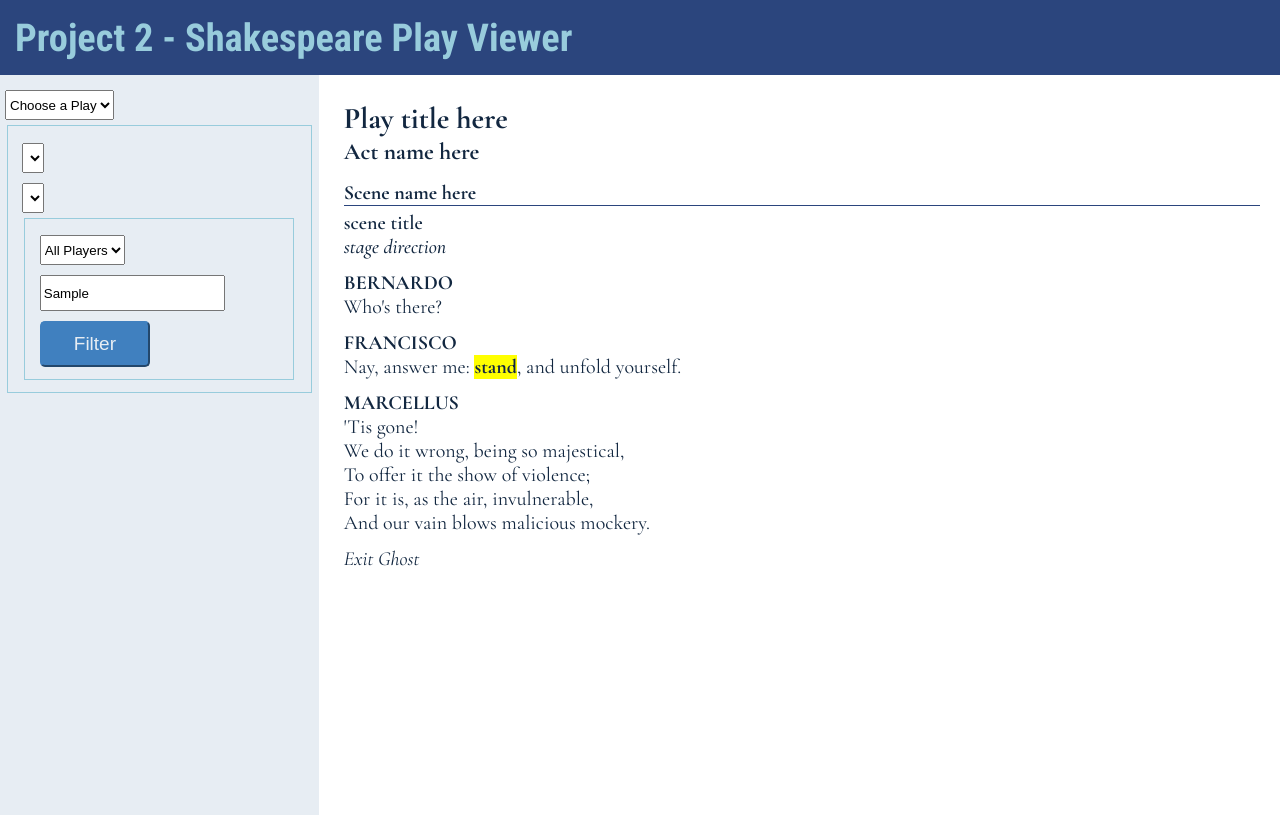
Repository: nsriv531/web3lab
Page: starting_files/ch10-proj02.html
These files come from the project's save history. The page is drawn as it stood at one moment and after the next save; the edit follows.
The browser window is 1280 px wide. The pictures show the whole page.
Empty fields were first filled with sample values (such as "Sample", 5 or name@example.com).
After loading, the first visible `#btnHighlight` was clicked once.

Above is the page before, as saved 2024-01-31 23:08:56.

### starting_files/ch10-proj02.html
<!DOCTYPE html>
<html>
<head>
   <meta charset="utf-8"/>
    <title>Chapter 10</title>

    <link href="https://fonts.googleapis.com/css2?family=Cormorant+Garamond:ital,wght@0,400;0,600;0,700;1,400;1,500&family=Roboto+Condensed:wght@400;700&display=swap" rel="stylesheet">
    <link rel="stylesheet" href="ch10-proj02.css">

    <script src="play-module.js" type="module"></script>
    <script src="ch10-proj02.js" type="module"></script>
</head>
<body>

<header>
   <h1>Project 2 - Shakespeare Play Viewer</h1>
</header>
<main>

   <aside>
      <select id="playList">
         <option value=0>Choose a Play</option>
         <option value="hamlet">Hamlet</option>
         <option value="jcaesar">Julius Caesar</option>
      </select>
      <fieldset id="interface">
         <select id="actList"></select>
         <select id="sceneList"></select>
         <fieldset>
            <select id="playerList">
               <option value=0>All Players</option>
            </select>

            <input type="text" id="txtHighlight" placeholder="Enter a search term" />
            <button id="btnHighlight" >Filter</button>
         </fieldset>
      </fieldset>


   </aside>

   <section id="playHere">
        <!-- Note you will need to remove or comment out some of this markup;
            it is there to show you the markup that your javascript will need to generate.
        -->
      <h2>Play title here</h2>
      <article id="actHere">
         <h3>Act name here</h3>
         <div id="sceneHere">
			<h4>Scene name here</h4>
			<p class="title">scene title</p>
			<p class="direction">stage direction</p>
			<div class="speech"><span>BERNARDO</span><p>Who's there?</p></div>
			<div class="speech"><span>FRANCISCO</span><p>Nay, answer me: <b>stand</b>, and unfold yourself.</p></div>
			<div class="speech"><span>MARCELLUS</span><p>'Tis gone!</p><p>We do it wrong, being so majestical,</p><p>To offer it the show of violence;</p><p>For it is, as the air, invulnerable,</p><p>And our vain blows malicious mockery.</p><em>Exit Ghost</em></div>
		 </div>
      </article>
   </section>

</main>

</body>
</html>

### starting_files/ch10-proj02.css
:root {
   --main-bg-color: white;
   --header-bg-color: hsl(221,49%, 33%);
   --header-text-color: hsl(194, 49%, 73%);
   --text-color: hsl(212,56%,16%);
   --box-bg-color: hsl(210,38%,97%);
   --aside-bg-color: hsl(210,32%,93%);
   --aside-heading-color: hsl(210,50%, 50%);
 }

body {
   background-color: var(--main-bg-color);
   color: var(--text-color);
   margin: 0;
   padding: 0;
   box-sizing: border-box;
   font-family: 'Roboto Condensed', sans-serif;
   font-weight: 400;
   font-size: 1.2rem;
}
header {
   background-color: var(--header-bg-color);
   color: var(--header-text-color);
   margin: 0;
   padding: 15px;
}
h1, h2, h3, h4 {
   margin: 0;
   padding: 0;
}
h2 { margin-top: 5px;}
h4 {
   border-bottom: 1px solid var(--header-bg-color);
   margin: 15px 0 5px 0;
}

select, input {
   height: 30px;
   display:  block;
   margin-top:10px;
}

main {
   display: grid;
   grid-template-columns: 3fr 9fr;
   grid-gap: 5px;
}

aside {
   background-color: var(--aside-bg-color);
   color: var(--aside-heading-color);
   padding: 5px;

}

section {
   padding: 20px;
   font-family: 'Cormorant Garamond', serif;
   font-size: 1.25rem;
   overflow: auto;
   height: 700px
}
p.title {
   font-weight: 600;
   margin: 0;
}
p.direction {
   margin: 0;
   font-style: italic;
   font-weight: 500;
}
.speech span {
   display: block;
   margin-top: 12px;
   font-weight: 700;
}
.speech p {
   margin: 0;
}
.speech p b {
   background-color: yellow;
}
.speech em {
   font-style: italic;
   display: block;
   margin-top: 12px;
}

button {
   margin-top:10px;
   background-color: var(--aside-heading-color);
   border-radius: 5px;
   border-color: var(--aside-heading-color);
   padding:       10px 32px;
   color:         var(--aside-bg-color);
   display:       block;
   font-size:     19px;
   text-align:    center;
}

fieldset {
   margin-top: 5px;
   border: 1px solid var(--header-text-color);
}

### starting_files/play-module.js
/* In this module, create three classes: Play, Act, and Scene. */

### starting_files/ch10-proj02.js
document.addEventListener("DOMContentLoaded", function() {
    const url = 'https://www.randyconnolly.com//funwebdev/3rd/api/shakespeare/play.php';
   /*
     To get a specific play, add play name via query string,
	   e.g., url = url + '?name=hamlet';

	 https://www.randyconnolly.com/funwebdev/3rd/api/shakespeare/play.php?name=hamlet
	 https://www.randyconnolly.com/funwebdev/3rd/api/shakespeare/play.php?name=jcaesar

   */


    /* note: you may get a CORS error if you test this locally (i.e., directly from a
       local file). To work correctly, this needs to be tested on a local web server.
       Some possibilities: if using Visual Code, use Live Server extension; if Brackets,
       use built-in Live Preview.
    */

         // Get reference to the playList, actList, and sceneList select elements
         const playListSelect = document.getElementById('playList');
         const actListSelect = document.getElementById('actList');
         const sceneListSelect = document.getElementById('sceneList');
         const actNameHeading = document.querySelector('#actHere h3');
         const sceneNameHeading = document.querySelector('#sceneHere h4');
         const titleHeading = document.querySelector('.title');
         const directionHeading = document.querySelector('.direction');
         let data;

         const btnHighlight = document.getElementById('btnHighlight');
         const txtHighlight = document.getElementById('txtHighlight');

         btnHighlight.addEventListener('click', function() {
            const filterText = txtHighlight.value.toLowerCase().trim();
            console.log('Filter text:', filterText);

            const boldText = document.querySelectorAll('.speech p b');
            console.log('Bold Text:', boldText);

            boldText.forEach(bold => {
                const text = bold.textContent.toLowerCase();
                console.log('Text to compare:', text);
                if (text.includes(filterText)) {
                    console.log('Including:', text);
                    bold.classList.add('highlight');
                } else {
                    console.log('Excluding:', text);
                    bold.classList.remove('highlight');
                }
            });
        });
// Function to check if a match is a whole word



         // Add change event handler to playList select
         playListSelect.addEventListener('change', function() {
            // Get the selected play value from the option
            const selectedPlay = playListSelect.value;

            // Check if a play is selected (value is not 0)
            if (selectedPlay !== '0') {
                // Fetch play data using the selected play as a query string
                fetch(`${url}?name=${selectedPlay}`)
                    .then(response => response.json())
                    .then(playData => {
                        // Assign the fetched data to the global variable
                        data = playData;
                         const scene = data.acts[0].scenes[0];
                        // Populate actList and playerList from the fetched data
                        populateSelect('actList', data.acts.map(act => act.name));
                        populatePlayerList(playData.persona);
                        populateTitle(data.title);
                        populateSceneTitle(scene.title);
                        populateSceneDirection(scene.stageDirection);
                    })
                    .catch(error => console.error('Error fetching play data:', error));
            }
        });

        function populateSceneTitle(sceneTitle) {
            titleHeading.textContent = sceneTitle;
        }

        function populateSceneDirection(sceneDirection) {
            directionHeading.textContent = sceneDirection;
        }

        // Add change event handler to actList select
        actListSelect.addEventListener('change', function() {
            const selectedAct = actListSelect.value;

            if (selectedAct !== '0') {
                // Filter scenes based on the selected act
                const scenesInAct = data.acts.find(act => act.name === selectedAct).scenes;
                // Populate sceneList with filtered scenes
                populateSelect('sceneList', scenesInAct.map(scene => scene.name));

                actNameHeading.textContent = selectedAct;
            } else {
                actNameHeading.textContent = 'Act name here';
            }
        });

        // Add change event handler to sceneList select
        sceneListSelect.addEventListener('change', function() {
            const selectedScene = sceneListSelect.value;

            if (selectedScene !== '0') {
                // Find the selected scene within the data
                const selectedAct = actListSelect.value; // Get the selected act
                const selectedActData = data.acts.find(act => act.name === selectedAct);
                const scene = selectedActData.scenes.find(scene => scene.name === selectedScene);
                const speeches = scene.speeches;

                // Update HTML content with fetched speeches
                updateSpeeches(speeches);

                // Update scene name heading
                sceneNameHeading.textContent = `Scene name: ${selectedScene}`;

                // Update scene title and direction
                populateSceneTitle(scene.title);
                populateSceneDirection(scene.stageDirection);
            } else {
                resetSpeeches();
            }
        });
        // Function to populate the player select dropdown
        function populatePlayerList(players) {
            // Clear previous options
            playerList.innerHTML = '';
            // Add default option
            const defaultOption = document.createElement('option');
            defaultOption.value = '0';
            defaultOption.textContent = 'All Players';
            playerList.appendChild(defaultOption);

            // Add players
            players.forEach(player => {
                const option = document.createElement('option');
                option.value = player.player;
                option.textContent = player.player;
                playerList.appendChild(option);
            });
        }

        function populateTitle(actualTitle) {
            const h2Elements = document.getElementsByTagName('h2');
            if (h2Elements.length > 0) {
                // Set the text content of the first h3 element to the actual title
                h2Elements[0].textContent = actualTitle;
            } else {
                console.log('No h2 tag found in the document.');
            }
        }


        // Function to populate a select element with options
        function populateSelect(selectId, options) {
            const selectElement = document.getElementById(selectId);

            selectElement.innerHTML = '';

            // Add default option
            const defaultOption = document.createElement('option');
            defaultOption.value = '0';
            defaultOption.textContent = `Choose a ${selectId.charAt(0).toUpperCase() + selectId.slice(1)}`;
            selectElement.appendChild(defaultOption);

            // Add options from the data
            options.forEach(option => {
                const optionElement = document.createElement('option');
                optionElement.value = option;
                optionElement.textContent = option;
                selectElement.appendChild(optionElement);
            });
        }

        function playerFilter(selectedPlayer, currentScene) {
            const speeches = document.querySelectorAll('.speech');

            speeches.forEach(speech => {
                const speaker = speech.querySelector('span').textContent;
                if (selectedPlayer === 'All Players') {
                    if (speech.dataset.scene === currentScene) {
                        speech.style.display = 'block'; // Show speech for current scene
                    } else {
                        speech.style.display = 'none'; // Hide speech for other scenes
                    }
                } else if (selectedPlayer === speaker) {
                    speech.style.display = 'block'; // Show speech for selected player
                } else {
                    speech.style.display = 'none'; // Hide speech for other players
                }
            });
        }

        playerList.addEventListener('change', function() {
            const selectedPlayer = playerList.value;

            playerFilter(selectedPlayer);
        });

        function updateSpeeches(speeches) {
            const sceneDiv = document.getElementById('sceneHere');

            // Find the existing elements within the scene
            const sceneName = sceneDiv.querySelector('h4');
            const title = sceneDiv.querySelector('.title');
            const direction = sceneDiv.querySelector('.direction');

            // Clear previous speeches
            sceneDiv.innerHTML = '';

            // Append existing elements back
            sceneDiv.appendChild(sceneName);
            sceneDiv.appendChild(title);
            sceneDiv.appendChild(direction);

            // Add speeches to the sceneDiv
            speeches.forEach(speech => {
                const speechDiv = document.createElement('div');
                speechDiv.classList.add('speech');
                const speakerSpan = document.createElement('span');
                speakerSpan.textContent = speech.speaker;
                speechDiv.appendChild(speakerSpan);

                // Create a paragraph element for each line of speech
                speech.lines.forEach(line => {
                    const lineP = document.createElement('p');
                    lineP.textContent = line;
                    speechDiv.appendChild(lineP);
                });

                sceneDiv.appendChild(speechDiv);
            });
        }

        function resetSpeeches() {
            const sceneDiv = document.getElementById('sceneHere');

            // Clear previous speeches
            sceneDiv.innerHTML = '';
        }
});

After the next save:
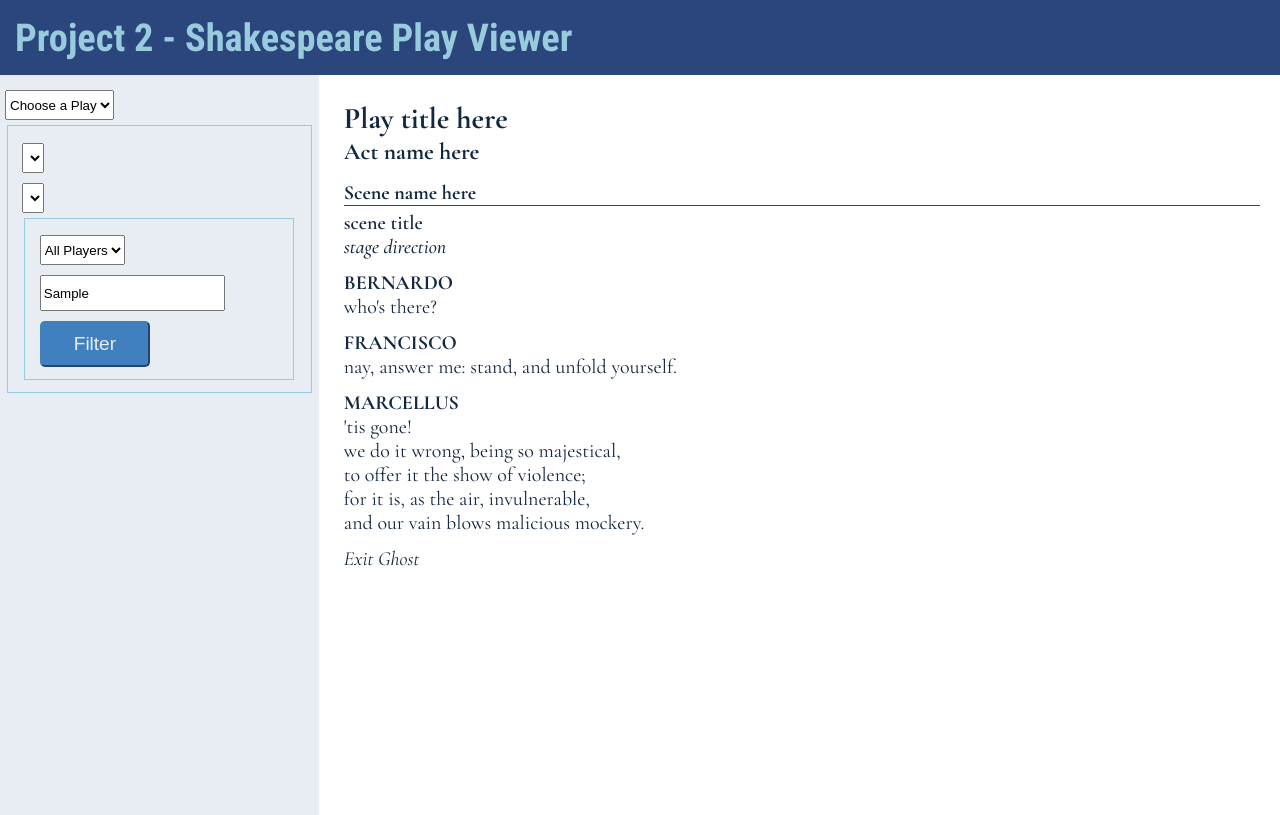
Saved 5 min 49 s later.
--- a/starting_files/ch10-proj02.js
+++ b/starting_files/ch10-proj02.js
@@ -30,28 +30,17 @@
          const txtHighlight = document.getElementById('txtHighlight');
 
          btnHighlight.addEventListener('click', function() {
-            const filterText = txtHighlight.value.toLowerCase().trim();
-            console.log('Filter text:', filterText);
-
-            const boldText = document.querySelectorAll('.speech p b');
-            console.log('Bold Text:', boldText);
-
-            boldText.forEach(bold => {
-                const text = bold.textContent.toLowerCase();
-                console.log('Text to compare:', text);
-                if (text.includes(filterText)) {
-                    console.log('Including:', text);
-                    bold.classList.add('highlight');
-                } else {
-                    console.log('Excluding:', text);
-                    bold.classList.remove('highlight');
-                }
+            const filterText = txtHighlight.value.trim().toLowerCase();
+
+            const paragraphs = document.querySelectorAll('.speech p');
+
+            paragraphs.forEach(paragraph => {
+                const text = paragraph.textContent.toLowerCase();
+                const highlightedText = text.replace(new RegExp(filterText, 'gi'), match => `<b>${match}</b>`);
+                paragraph.innerHTML = highlightedText;
             });
         });
 // Function to check if a match is a whole word
-
-
-
          // Add change event handler to playList select
          playListSelect.addEventListener('change', function() {
             // Get the selected play value from the option
